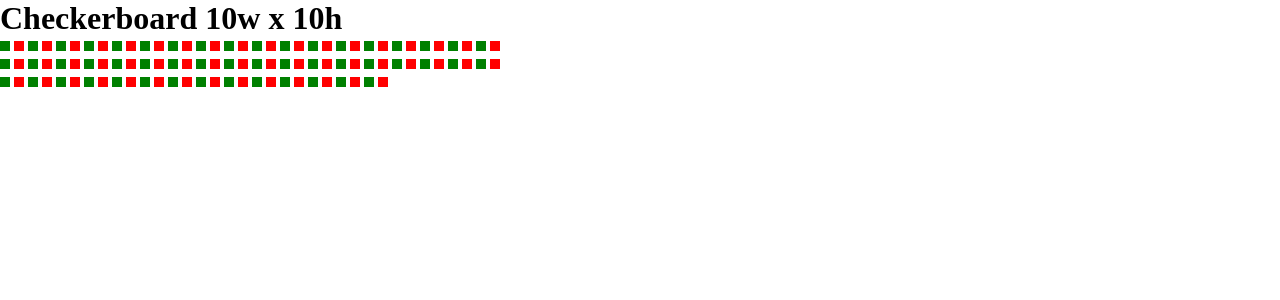
Repository: bchang1213/javaEE
Page: http://localhost/Checkerboard/view.jsp
The author's editor kept a copy of each file at every save. The page is drawn from the files as they stood at one save, then again after the next save.
The browser window is 1280 px wide. The pictures show the whole page.
The page is served by Tomcat 9.

Above is the page before, as saved 2017-10-05 20:24:17.

After the next save:
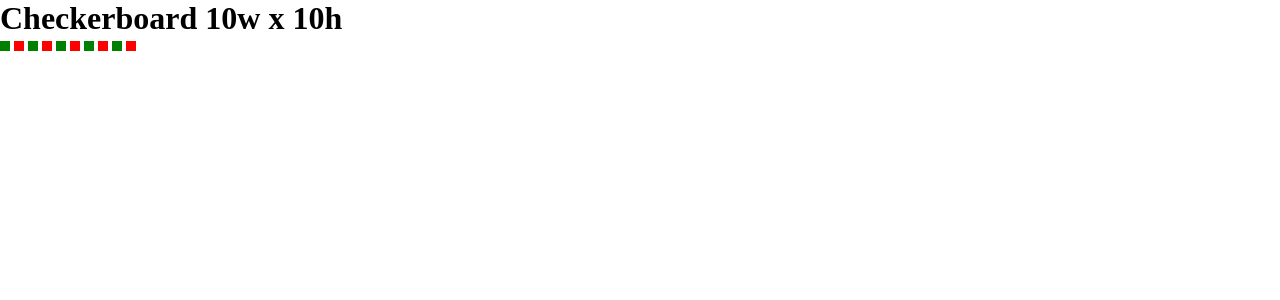
Saved 68 s later.
--- a/Checkerboard/WebContent/view.jsp
+++ b/Checkerboard/WebContent/view.jsp
@@ -28,10 +28,10 @@
 	<% } %>
 
 	<h1>Checkerboard <%= width %>w x <%=  height %>h</h1>
-	<%for (int x = 1; x <= height; x++){ %>
+
 		<%for(int i = 1; i <= width;i++){ %>
 			<div class='block'></div>
 		<%} %>
-	<%} %>
+
 </body>
 </html>
